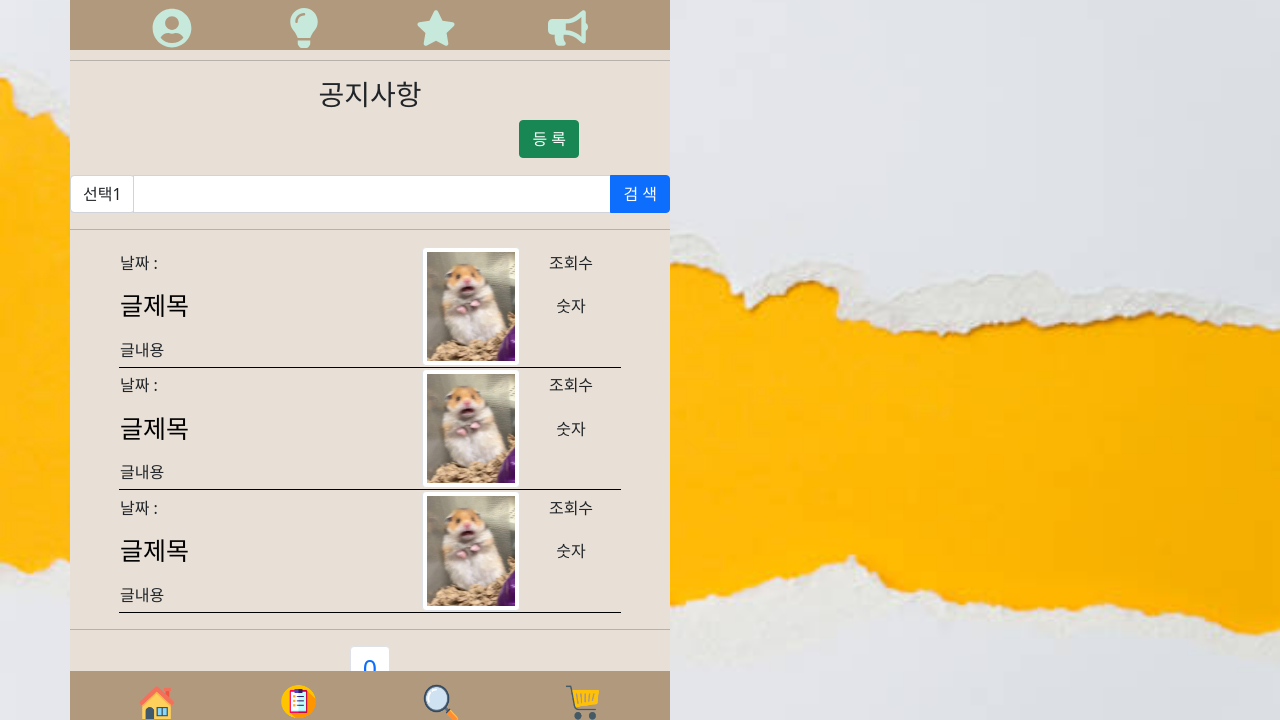
Repository: heegyu97/project
Page: http://localhost/0801_mvc2/WEB-INF/views/notice/notice.jsp
The author's editor kept a copy of each file at every save. The page is drawn from the files as they stood at one save, then again after the next save.
The browser window is 1280 px wide. The pictures show the whole page.
An inner scrolling area shows only its first screen. Some web libraries are served in a nearby version. The page is served by Tomcat 9. Nobody is signed in. The template is opened directly, without the code that normally fills it, so the values that code supplies are empty.

Above is the page before, as saved 2022-08-11 05:59:03.

After the next save:
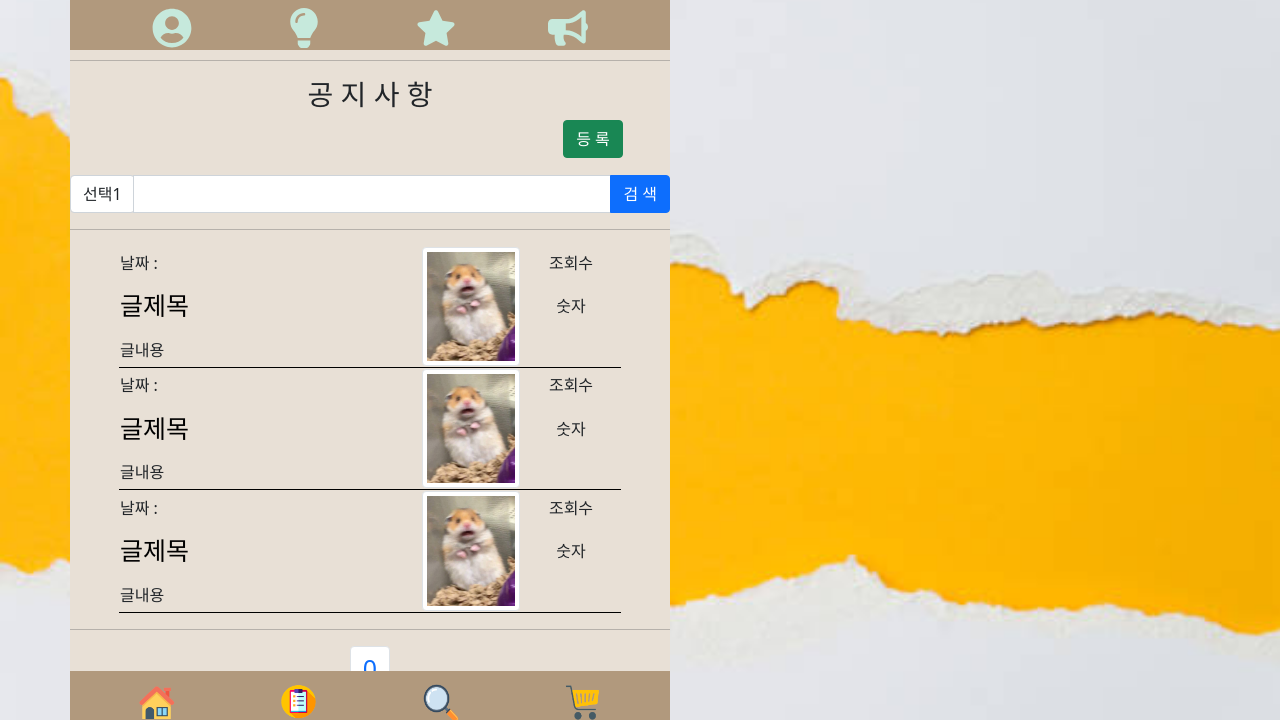
Saved 25 s later.
--- a/0720/0801_mvc2/src/main/webapp/WEB-INF/views/notice/notice.jsp
+++ b/0720/0801_mvc2/src/main/webapp/WEB-INF/views/notice/notice.jsp
@@ -41,7 +41,7 @@
 			<tbody >
 				<tr>
 					<td class="text-center">
-						<h3>공지사항</h3>
+						<h3> 공 지 사 항 </h3>
 						<a href="${pageContext.request.contextPath}/tip/tipwriteform">
 							<button  class="btn btn-success float-right mb-3">등 록</button>
 						</a>
